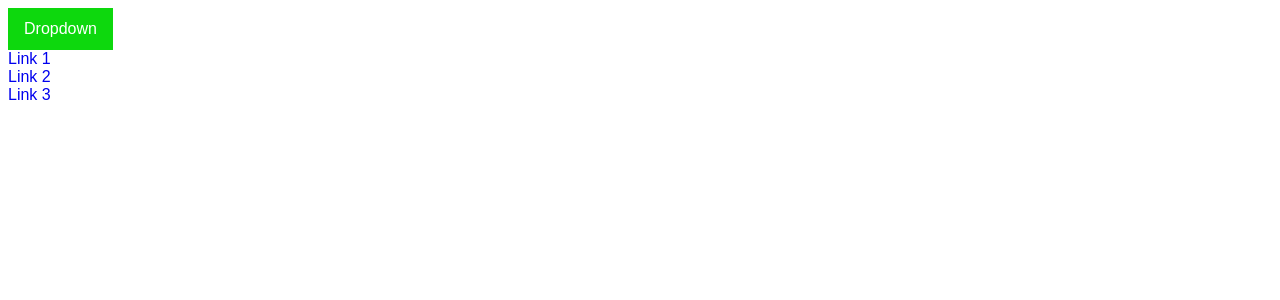
Repository: nvngon2604/Git
Page: web/index.html
These files come from the project's save history. The page is drawn as it stood at one moment and after the next save; the edit follows.
The browser window is 1280 px wide. The pictures show the whole page.

Above is the page before, as saved 2020-05-10 18:49:18.

After the next save:
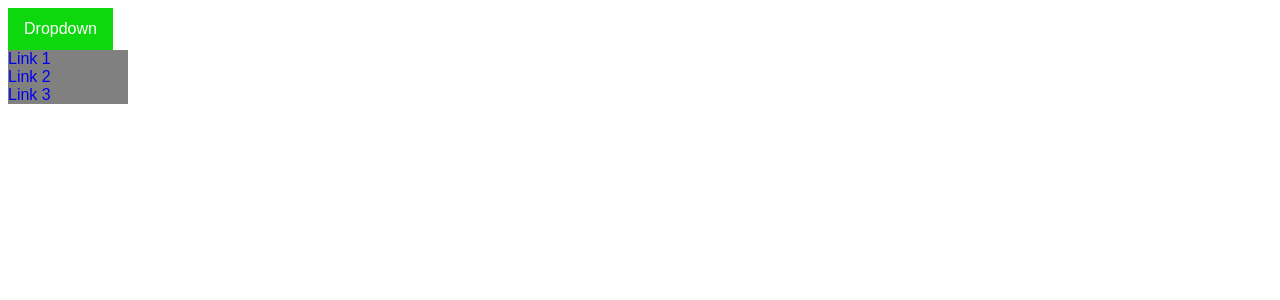
Saved 19 s later.
--- a/web/index.css
+++ b/web/index.css
@@ -13,6 +13,8 @@
     color:white;
 }
 .dropdown-content {
+    width: 120px;
+    background-color:gray;
     position: absolute;
 }
 .dropdown-content a {
